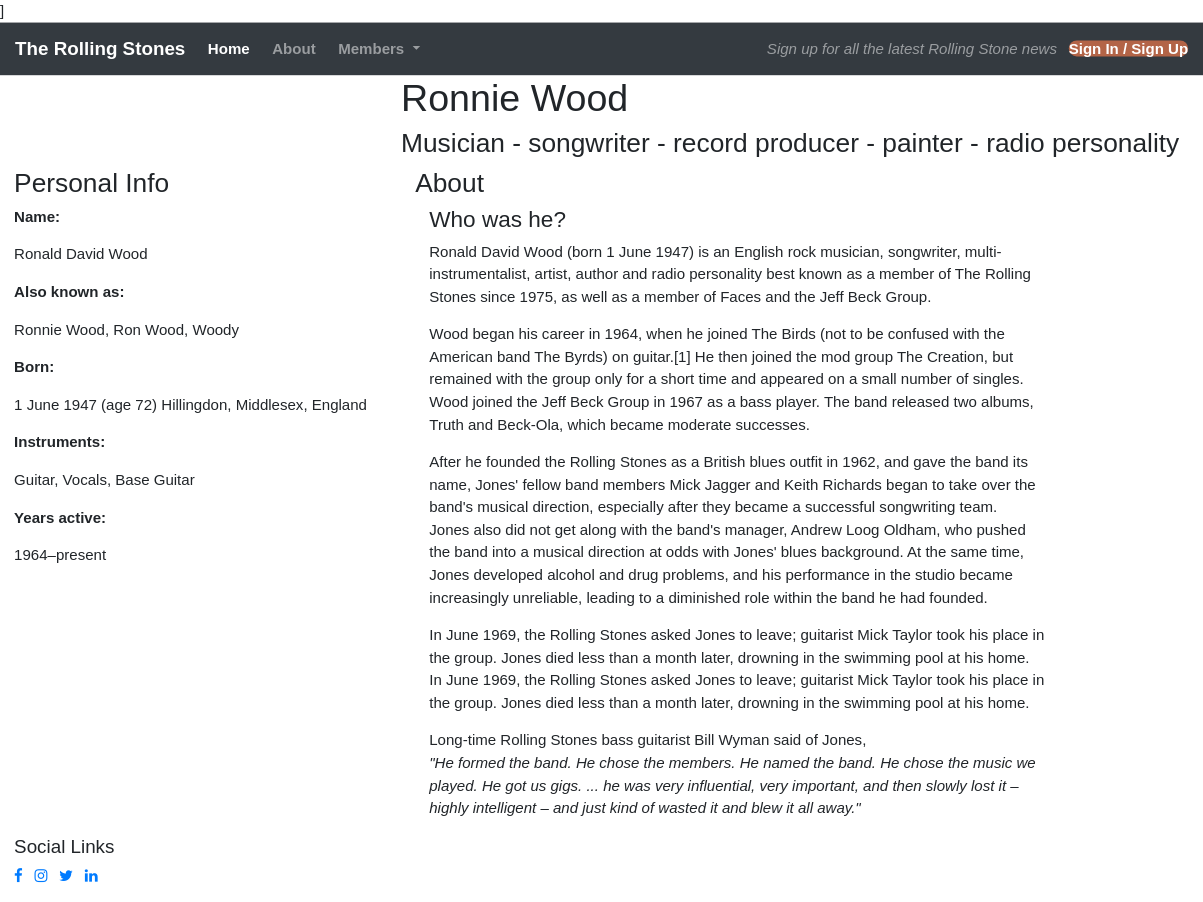
Repository: TecDruid/rolling-stones-fan-site
Page: ronnie-wood.html
The author's editor kept a record of every edit. The page is drawn from the files as they stood at one moment, then again after the next edit.
The browser window is 1280 px wide. The pictures show the whole page, at 94% of full size.
Some web fonts or font styles are not loaded; a fallback is used. Some web libraries are served in a nearby version.

Above is the page before.

After the next edit:
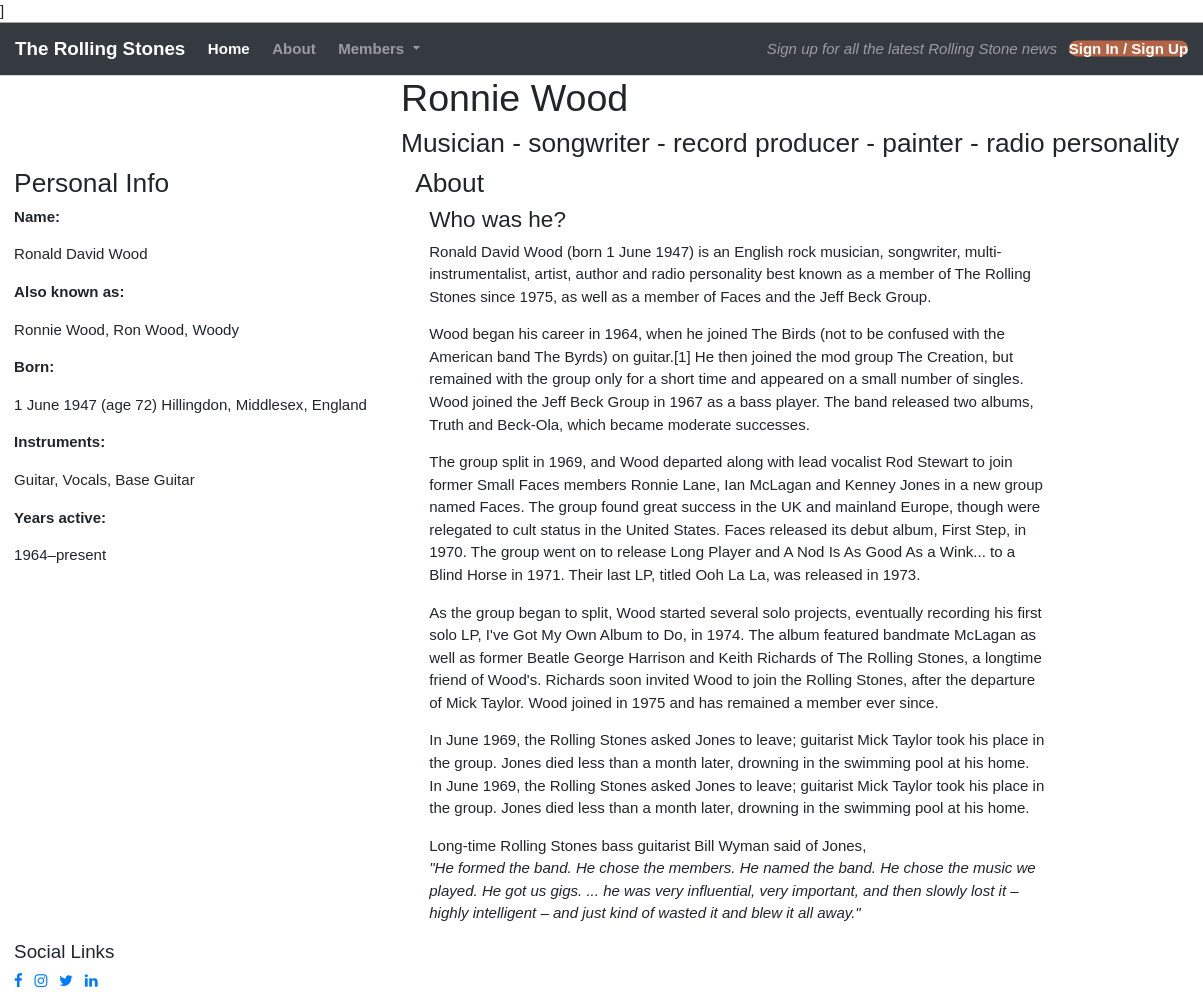
The edit:
--- a/ronnie-wood.html
+++ b/ronnie-wood.html
@@ -161,13 +161,17 @@
                     </p>
 
                     <p>
-                        Wood began his career in 1964, when he joined The Birds (not to be confused with the American band The Byrds) on guitar.[1] He then joined the mod group The Creation, but remained with the group only for a short time and appeared on a small number of singles. Wood joined the Jeff Beck Group in 1967 as a bass player. The band released two albums, Truth and Beck-Ola, which became moderate successes.
-                    </p>
-                    <p>
-                        After he founded the Rolling Stones as a British blues outfit in 1962, and gave the band its name, Jones' fellow band members Mick Jagger and Keith Richards began to take over the band's musical direction, especially after they became a successful songwriting
-                        team.
-                        <br/> Jones also did not get along with the band's manager, Andrew Loog Oldham, who pushed the band into a musical direction at odds with Jones' blues background. At the same time, Jones developed alcohol and drug problems, and
-                        his performance in the studio became increasingly unreliable, leading to a diminished role within the band he had founded.
+                        Wood began his career in 1964, when he joined The Birds (not to be confused with the American band The Byrds) on guitar.[1] He then joined the mod group The Creation, but remained with the group only for a short time and appeared on a small number of
+                        singles. Wood joined the Jeff Beck Group in 1967 as a bass player. The band released two albums, Truth and Beck-Ola, which became moderate successes.
+                    </p>
+                    <p>
+                        The group split in 1969, and Wood departed along with lead vocalist Rod Stewart to join former Small Faces members Ronnie Lane, Ian McLagan and Kenney Jones in a new group named Faces. The group found great success in the UK and mainland Europe, though
+                        were relegated to cult status in the United States. Faces released its debut album, First Step, in 1970. The group went on to release Long Player and A Nod Is As Good As a Wink... to a Blind Horse in 1971. Their last LP, titled
+                        Ooh La La, was released in 1973.
+                    </p>
+                    <p>
+                        As the group began to split, Wood started several solo projects, eventually recording his first solo LP, I've Got My Own Album to Do, in 1974. The album featured bandmate McLagan as well as former Beatle George Harrison and Keith Richards of The Rolling
+                        Stones, a longtime friend of Wood's. Richards soon invited Wood to join the Rolling Stones, after the departure of Mick Taylor. Wood joined in 1975 and has remained a member ever since.
                     </p>
                     <p>
                         In June 1969, the Rolling Stones asked Jones to leave; guitarist Mick Taylor took his place in the group. Jones died less than a month later, drowning in the swimming pool at his home. In June 1969, the Rolling Stones asked Jones to leave; guitarist Mick
